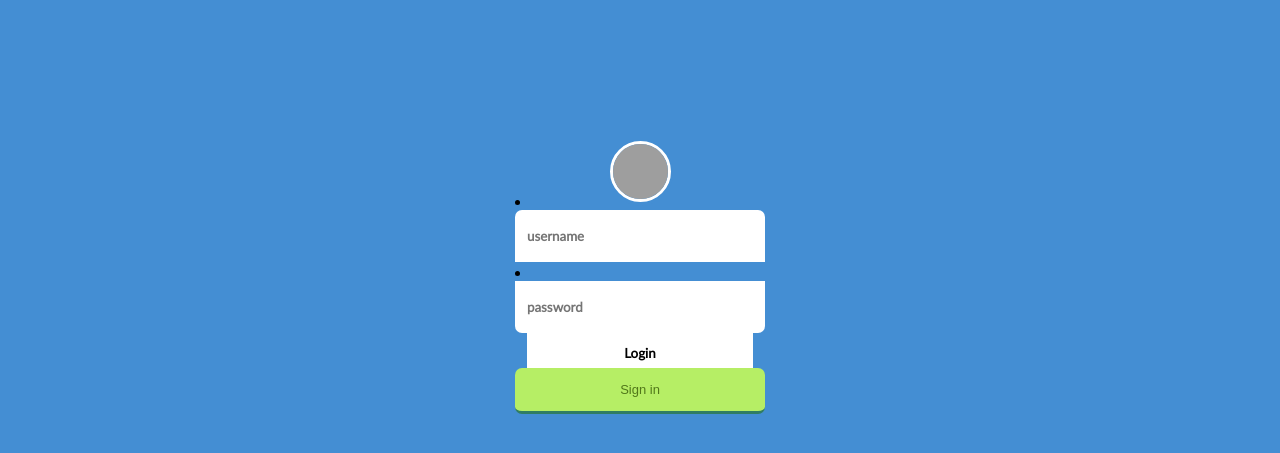
Repository: Naokiyuy/DigitalHum
Page: http://localhost/digital/backend/login.jsp
These files come from the project's save history. The page is drawn as it stood at one moment and after the next save; the edit follows.
The browser window is 1280 px wide. The pictures show the whole page.
Pictures or frames that could not be fetched are drawn as grey boxes. The page is served by Tomcat 9. Nobody is signed in. The application's start-up code is not run.

Above is the page before, as saved 2015-03-23 19:08:30.

After the next save:
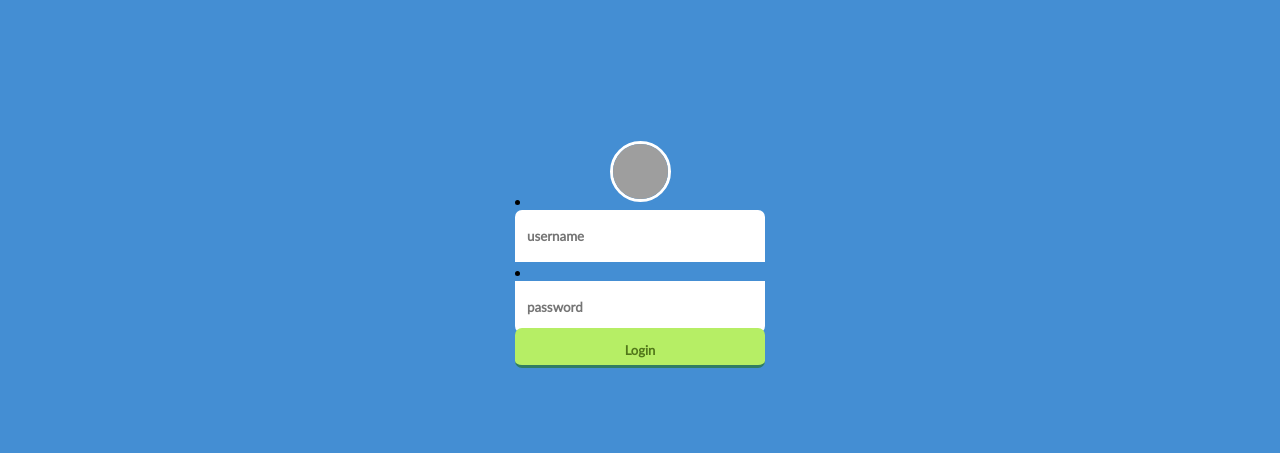
Saved 57 s later.
--- a/digital/src/main/webapp/backend/login.jsp
+++ b/digital/src/main/webapp/backend/login.jsp
@@ -78,7 +78,7 @@ body {
 	left: 193px;
 	top: -36px;
 }
-.wrap button {
+.wrap input[type="submit"] {
 	width: 100%;
 	border-radius: 7px;
 	background: #b6ee65;
@@ -110,7 +110,6 @@ body {
 			</li>
 			<div class="p-container">
 				<input value="Login" type="submit" />
-				<button>Sign in</button>
 			</div>
 		</form>
 	</div>
